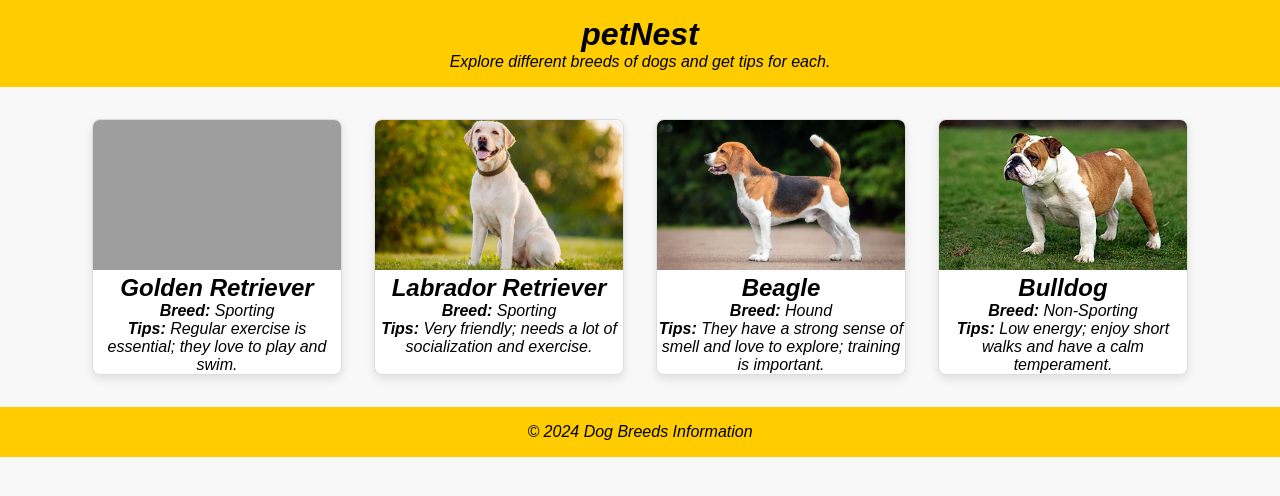
Repository: SHAHZADcodr/pet_care
Page: pages/dog.html
An editor plug-in stored every save of this project. The page is shown before and after the next save, followed by the edit.
The browser window is 1280 px wide. The pictures show the whole page.
Pictures or frames that could not be fetched are drawn as grey boxes.

Above is the page before, as saved 2024-11-04 22:18:27.

### pages/dog.html
<!DOCTYPE html>
<html lang="en">
<head>
    <meta charset="UTF-8">
    <meta name="viewport" content="width=device-width, initial-scale=1.0">
    <title>Dog Breeds</title>
    <link rel="stylesheet" href="dog.css"> <!-- Link to your CSS file -->
</head>
<body>
    <header>
        <h1 id="webName"><i><strong>petNest</strong></
            i></h1>
        <p>Explore different breeds of dogs and get tips for each.</p>
    </header>
    <main class="dog-breeds">
        <div class="dog-card">
            <img src="images/golden_retriever.jpg" alt="Golden Retriever">
            <h2>Golden Retriever</h2>
            <p><strong>Breed:</strong> Sporting</p>
            <p><strong>Tips:</strong> Regular exercise is essential; they love to play and swim.</p>
        </div>
        <div class="dog-card">
            <img src="images/labrador.jpg" alt="Labrador Retriever">
            <h2>Labrador Retriever</h2>
            <p><strong>Breed:</strong> Sporting</p>
            <p><strong>Tips:</strong> Very friendly; needs a lot of socialization and exercise.</p>
        </div>
        <div class="dog-card">
            <img src="images/beagle.jpg" alt="Beagle">
            <h2>Beagle</h2>
            <p><strong>Breed:</strong> Hound</p>
            <p><strong>Tips:</strong> They have a strong sense of smell and love to explore; training is important.</p>
        </div>
        <div class="dog-card">
            <img src="images/bulldog.jpg" alt="Bulldog">
            <h2>Bulldog</h2>
            <p><strong>Breed:</strong> Non-Sporting</p>
            <p><strong>Tips:</strong> Low energy; enjoy short walks and have a calm temperament.</p>
        </div>
        <!-- Add more dog cards as needed -->
    </main>
    <footer>
        <p>&copy; 2024 Dog Breeds Information</p>
    </footer>
</body>
</html>

### pages/dog.css
/* General Reset */
* {
    margin: 0;
    padding: 0;
    box-sizing: border-box;
}

/* Basic Layout */
body {
    font-family: Arial, sans-serif;
    display: flex;
    flex-direction: column;
    min-height: 100vh;
    background-color: #f8f8f8;
}

header {
    background-color: #ffcc00;
    padding: 1rem;
    text-align: center;
}

.dog-breeds {
    display: flex;
    flex-wrap: wrap;
    justify-content: center;
    padding: 1rem;
}

.dog-card {
    background-color: #fff;
    border: 1px solid #ddd;
    border-radius: 8px;
    box-shadow: 0 4px 8px rgba(0, 0, 0, 0.1);
    margin: 1rem;
    width: 250px; /* Fixed width for dog cards */
    text-align: center;
    overflow: hidden;
    transition: transform 0.2s;
}

.dog-card:hover {
    transform: scale(1.05); /* Slightly enlarge on hover */
}

.dog-card img {
    width: 100%;
    height: 150px; /* Set fixed height for images */
    object-fit: cover; /* Maintain aspect ratio */
}

footer {
    background-color: #ffcc00;
    text-align: center;
    padding: 1rem;
    margin-top: auto;
}

After the next save:
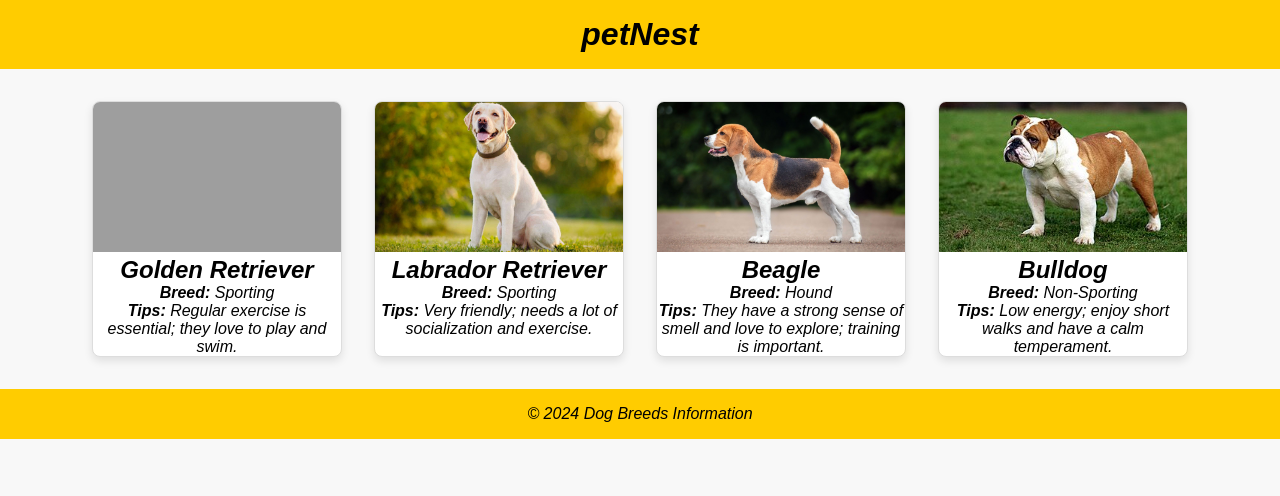
Saved 10 s later.
--- a/pages/dog.html
+++ b/pages/dog.html
@@ -10,7 +10,6 @@
     <header>
         <h1 id="webName"><i><strong>petNest</strong></
             i></h1>
-        <p>Explore different breeds of dogs and get tips for each.</p>
     </header>
     <main class="dog-breeds">
         <div class="dog-card">
